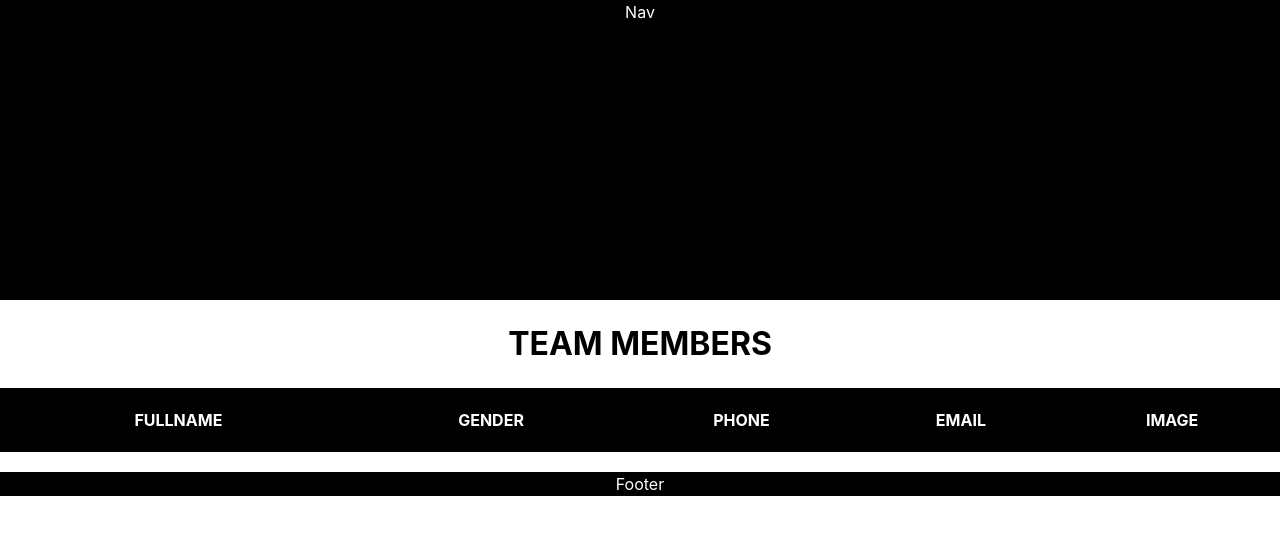
Repository: Eugene44-hub/SHRGroup46-capstone
Page: /members
These files come from the project's save history. The page is drawn as it stood at one moment and after the next save; the edit follows.
The browser window is 1280 px wide. The pictures show the whole page.
The page's requests for data from a server got no answer. The project was rebuilt for these pictures with package versions that can differ from the ones it lists, and the page was loaded fresh each time. No one was signed in, and anything a server would have sent is missing.

Above is the page before, as saved 2022-05-18 21:13:42.

After the next save:
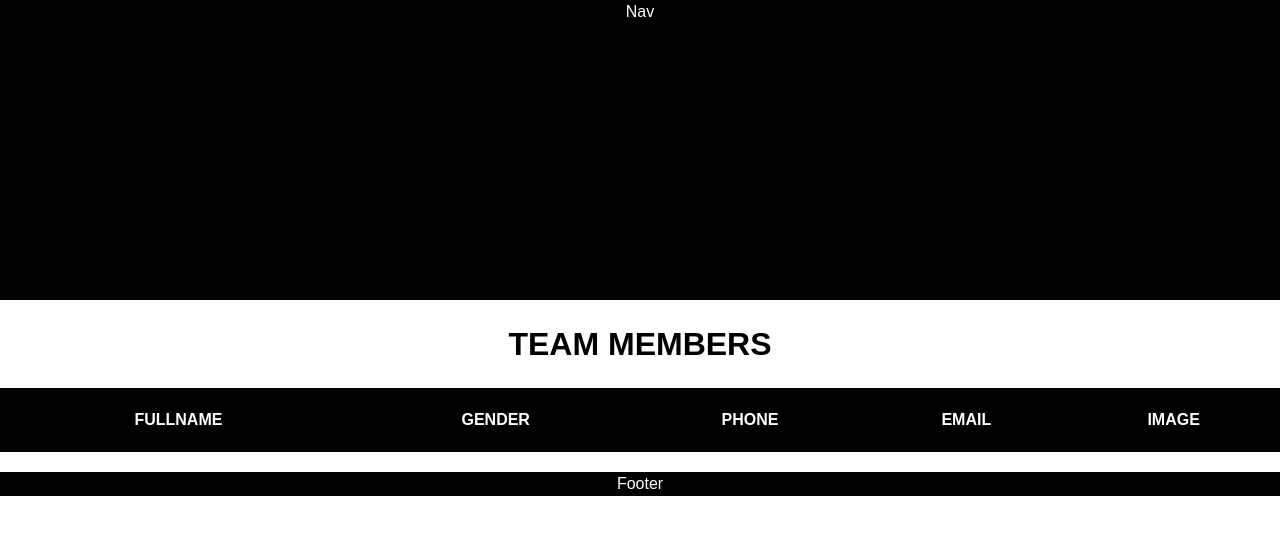
Saved 117 s later.
--- a/src/index.css
+++ b/src/index.css
@@ -1,18 +1,26 @@
-    @tailwind base;
-    @tailwind components;
-    @tailwind utilities;
-    body {
-        margin: 0;
-        font-family: -apple-system, BlinkMacSystemFont, 'Segoe UI', 'Roboto', 'Oxygen', 'Ubuntu', 'Cantarell', 'Fira Sans', 'Droid Sans', 'Helvetica Neue', sans-serif;
-        -webkit-font-smoothing: antialiased;
-        -moz-osx-font-smoothing: grayscale;
+@tailwind base;
+@tailwind components;
+@tailwind utilities;
+@import url('https://fonts.googleapis.com/css2?family=Poppins:wght@300;400;500;700&display=swap');
+body {
+    font-family: 'Poppins', sans-serif;
+}
+
+code {
+    font-family: source-code-pro, Menlo, Monaco, Consolas, 'Courier New', monospace;
+}
+
+* {
+    margin: 0;
+    padding: 0;
+    box-sizing: border-box;
+}
+
+@layer components {
+    .tax {
+        @apply text-sm font-medium
     }
-
-    code {
-        font-family: source-code-pro, Menlo, Monaco, Consolas, 'Courier New', monospace;
+    .taxPrice {
+        @apply font-extralight
     }
-
-    .container {
-        max-width: 1440px;
-        margin: 0 auto;
-    }
+}
